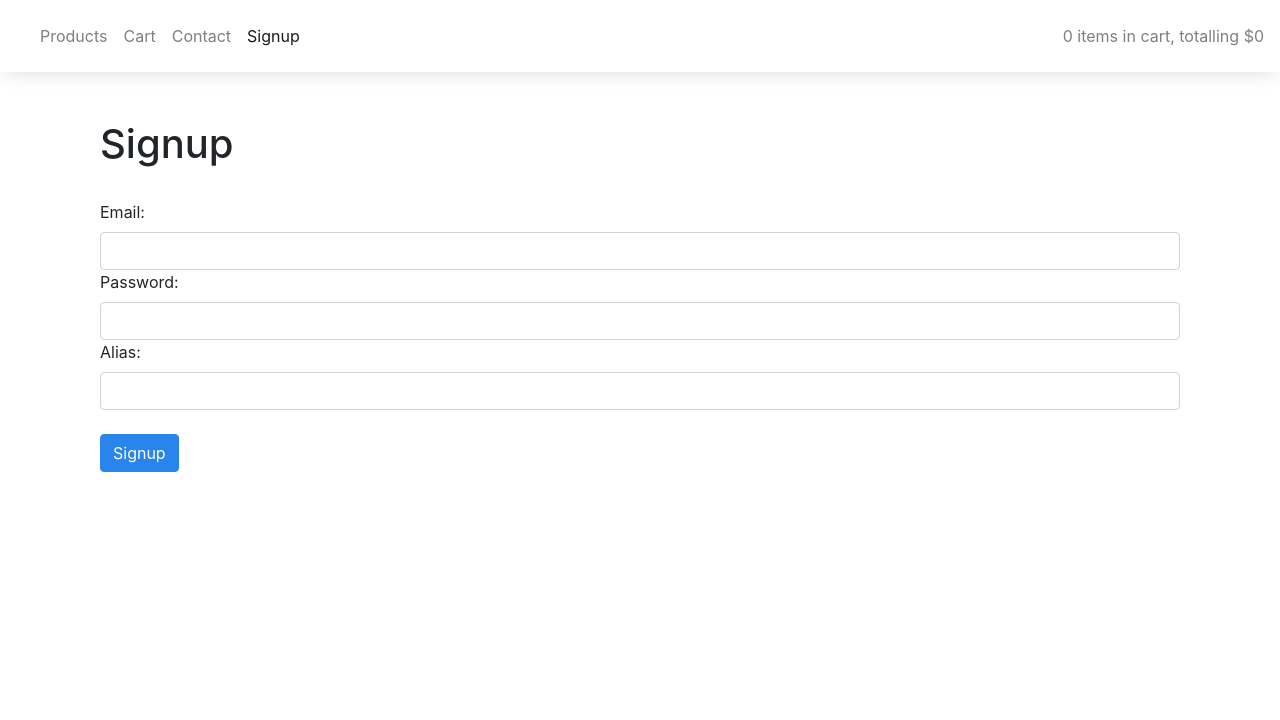
Repository: dayrim/wavecraft
Page: /signup
These files come from the project's save history. The page is drawn as it stood at one moment and after the next save; the edit follows.
The browser window is 1280 px wide. The pictures show the whole page.
Pictures or frames that could not be fetched are drawn as grey boxes. The project was rebuilt for these pictures with package versions that can differ from the ones it lists, and the page was loaded fresh each time. Also part of the build but not shown: vue.config.js.

Above is the page before, as saved 2019-04-22 16:06:17.

### public/index.html
<!DOCTYPE html>
<html lang="en">
  <head>
    <meta charset="utf-8">
    <meta http-equiv="X-UA-Compatible" content="IE=edge">
    <meta name="viewport" content="width=device-width,initial-scale=1.0">
    <link rel="icon" href="<%= BASE_URL %>favicon.ico">
    <title>wavecraft-reset</title>
  </head>
  <body>
    <noscript>
      <strong>We're sorry but wavecraft-reset doesn't work properly without JavaScript enabled. Please enable it to continue.</strong>
    </noscript>
    <div id="app"></div>
    <!-- built files will be auto injected -->


  </body>
</html>

### src/main.js
import Vue from "vue";
import App from "./App.vue";
import router from "./router";
import store from "./store";
import BootstrapVue from "bootstrap-vue";

Vue.config.productionTip = false;
Vue.use(BootstrapVue);
Vue.filter("currency", function(value) {
  let formatter = new Intl.NumberFormat("en-US", {
    style: "currency",
    currency: "USD",
    minimumFractionDigits: 0,
  });

  return formatter.format(value);
});

new Vue({
  router,
  store,
  render: h => h(App),
}).$mount("#app");

### src/App.vue
<template>
  <div id="app" :class="{ ready: isPageReady }">
    <b-navbar class="mainNavbar" sticky toggleable="lg" variant="light">
      <b-navbar-brand to="/"></b-navbar-brand>

      <b-navbar-toggle target="nav-collapse"></b-navbar-toggle>

      <b-collapse id="nav-collapse" is-nav>
        <b-navbar-nav>
          <b-nav-item exact active-class="active" to="/">Products</b-nav-item>
          <b-nav-item exact active-class="active" to="/cart">Cart</b-nav-item>
          <b-nav-item exact active-class="active" to="/contact">Contact</b-nav-item>
          <b-nav-item exact active-class="active" to="/signup">Signup</b-nav-item>
        </b-navbar-nav>

        <!-- Right aligned nav items -->
        <b-navbar-nav class="ml-auto">
          <b-nav-text>
            <div class="navbar-text">
              {{ cart.items.length }}
              <span v-if="cart.items.length == 1">item</span><span v-else>items</span> in cart,
              totalling {{ cartTotal | currency }}
            </div></b-nav-text
          >
        </b-navbar-nav>
      </b-collapse>
    </b-navbar>
    <transition name="route" mode="out-in">
      <router-view name="discount"> </router-view>
    </transition>
    <b-container>
      <b-row>
        <b-col>
          <br /><br />
          <transition name="route" mode="out-in">
            <router-view></router-view>
          </transition>
        </b-col>
      </b-row>
    </b-container>
  </div>
</template>

<script>
export default {
  data() {
    return {
      isPageReady: false,
    };
  },
  computed: {
    cart() {
      return this.$store.state.cart;
    },
    cartTotal() {
      return this.$store.getters["cart/cartTotal"];
    },
  },
  mounted: function() {
    this.$nextTick(function() {
      setTimeout(() => {
        this.isPageReady = true;
      }, 0);
    });
  },
};
</script>

<style lang="scss">
.mainNavbar {
  box-shadow: 0px 5px 20px -5px rgba(0, 0, 0, 0.15);
}
.flex {
  display: flex;
}
.flex.flex-column {
  flex-direction: column;
}
.flex.flex-row {
  flex-direction: row;
}
.flex.justify-center {
  justify-content: center;
}
.flex.justify-left {
  justify-content: flex-start;
}
.flex.justify-right {
  justify-content: flex-end;
}
.flex.align-center {
  align-items: center;
}
.flex.align-left {
  align-items: flex-start;
}
.flex.align-right {
  align-items: flex-end;
}
/* Navigation */
.navbar .stats {
  margin-top: 15px;
}
ul {
  list-style: none;
}
.btn {
  margin-right: 20px;
}
input[type="radio"] + label,
input[type="checkbox"] + label {
  font-weight: normal;
}

#app {
  opacity: 0;
  transition: opacity 1s ease;
}

#app.ready {
  opacity: 1;
}

.route-enter-active,
.route-leave-active {
  transition: opacity 0.15s ease;
}

.route-enter,
.route-leave-to {
  opacity: 0;
}
</style>

### src/router/index.js
import Vue from "vue";
import Router from "vue-router";
import routes from "./routes";
Vue.use(Router);

export default new Router({
  mode: "history",
  base: process.env.BASE_URL,
  routes,
});

### src/store/index.js
import Vue from "vue";
import Vuex from "vuex";
import cart from "./modules/cart";

Vue.use(Vuex);

export default new Vuex.Store({
  /**
   * Assign the modules to the store.
   */
  modules: {
    cart,
  },
});

### src/assets/common.scss
@import "node_modules/bootstrap/scss/functions";
@import "node_modules/bootstrap/scss/variables";

$primary-color: #2984ec;
$secondary-color: #601cb9;
$tertiary-color: #222d30;
$default-color: #e9e9e9;
$light-color: #ffffff;
$accent-color: #f0081b;
$warning-color: #f09308;



$red: #dc3545;
$yellow: #ffc107;
$green: #006600; // This is the only variable I wanted to change
$cyan: #17a2b8;

$theme-colors: (
  primary: $primary-color,
  secondary: $tertiary-color,
  success: $secondary-color,
  info: $primary-color,
  warning: $warning-color,
  danger: $accent-color,
  light: $light-color,
  dark: $tertiary-color
);

@import 'node_modules/bootstrap/scss/bootstrap';
@import 'node_modules/bootstrap-vue/src/index.scss';

### src/router/routes.js
const routes = [
  {
    path: "",
    components: {
      default: () => import(/* webpackChunkName: "ProductList" */ "@/components/ProductList.vue"),
      discount: () =>
        import(/* webpackChunkName: "SpecialOffer" */ "@/components/SpecialOffer.vue"),
    },
  },
  {
    path: "/cart",
    component: () => import(/* webpackChunkName: "Cart" */ "@/components/Cart.vue"),
    alias: "/shopping-cart",
  },
  {
    path: "/signup",
    component: () => import(/* webpackChunkName: "Singup" */ "@/components/Signup.vue"),
    alias: "/sign-up",
  },
  {
    path: "/product/:productId",
    props: true,
    name: "Product",
    component: () => import(/* webpackChunkName: "Product" */ "@/components/Product.vue"),
    children: [
      {
        path: "details",
        name: "ViewProduct",
        props: true,
        component: () =>
          import(/* webpackChunkName: "ViewProduct" */ "@/components/ViewProduct.vue"),
      },
      {
        path: "reviews",
        name: "ProductReviews",
        props: true,
        component: () =>
          import(/* webpackChunkName: "ProductReviews" */ "@/components/ProductReviews.vue"),
      },
    ],
  },

  {
    path: "/contact",
    component: () => import(/* webpackChunkName: "Contact" */ "@/components/Contact.vue"),
  },
  {
    path: "/*",
    component: () => import(/* webpackChunkName: "PageNotFound" */ "@/components/PageNotFound.vue"),
  },
];

export default routes;

### src/store/modules/cart/index.js
import actions from "./actions";
import getters from "./getters";
import mutations from "./mutations";
import state from "./state";

export default {
  namespaced: true,
  actions,
  getters,
  mutations,
  state,
};

### src/components/Signup.vue
<template>
  <b-container fluid>
    <h1>Signup</h1>
    <br />

    <label for="email">Email:</label>
    <b-form-input id="email" type="text"></b-form-input>
    <label for="password">Password:</label>
    <b-form-input id="password" type="text"></b-form-input>
    <label for="alias">Alias:</label>
    <b-form-input id="alias" type="text"></b-form-input>
    <br />
    <b-button variant="primary">Signup</b-button>
  </b-container>
</template>

<script>
export default {
  data() {
    return {};
  },
};
</script>

<style lang="scss"></style>

### src/store/modules/cart/actions.js
import * as Mutate from "./mutation-types";

export const addProductToCart = ({ commit, getters }, payload) => {
  let cartItem = getters.getCartItem(payload.product);
  payload.cartItem = cartItem;

  if (cartItem == null) {
    payload.cartItem = getters.getCartItem(payload.product);
    commit(Mutate.ADD_PRODUCT_TO_CART, payload);
  } else {
    commit(Mutate.INCREASE_PRODUCT_QUANTITY, payload);
  }
};

export const checkout = ({ commit }) => {
  commit(Mutate.CHECKOUT);
};

export default {
  addProductToCart,
  checkout,
};

### src/store/modules/cart/getters.js
export default {
  cartTotal: state => {
    let total = 0;

    state.items.forEach(function(item) {
      total += item.product.price * item.quantity;
    });
    return total;
  },
  getCartItem: state => product => {
    for (let i = 0; i < state.items.length; i++) {
      if (state.items[i].product.id === product.id) {
        return state.items[i];
      }
    }
    return null;
  },
  taxAmount: (state, getters) => percentage => (getters.cartTotal * percentage) / 100,
};

### src/store/modules/cart/mutations.js
import { CHECKOUT, ADD_PRODUCT_TO_CART, INCREASE_PRODUCT_QUANTITY } from "./mutation-types";

export default {
  [CHECKOUT](state) {
    state.items.forEach(function(item) {
      item.product.inStock += item.quantity;
    });

    state.items = [];
  },
  [ADD_PRODUCT_TO_CART]: (state, payload) => {
    state.items.push({
      product: payload.product,
      quantity: payload.quantity,
    });

    payload.product.inStock -= payload.quantity;
  },
  [INCREASE_PRODUCT_QUANTITY]: (state, payload) => {
    payload.cartItem.quantity += payload.quantity;
    payload.product.inStock -= payload.quantity;
  },
};

### src/store/modules/cart/state.js
export default {
  items: [],
};

### src/store/modules/cart/mutation-types.js
export const ADD_PRODUCT_TO_CART = "addProductToCart";
export const CHECKOUT = "checkout";
export const INCREASE_PRODUCT_QUANTITY = "increaseQuantity";

export default {
  ADD_PRODUCT_TO_CART,
  CHECKOUT,
  INCREASE_PRODUCT_QUANTITY,
};

After the next save:
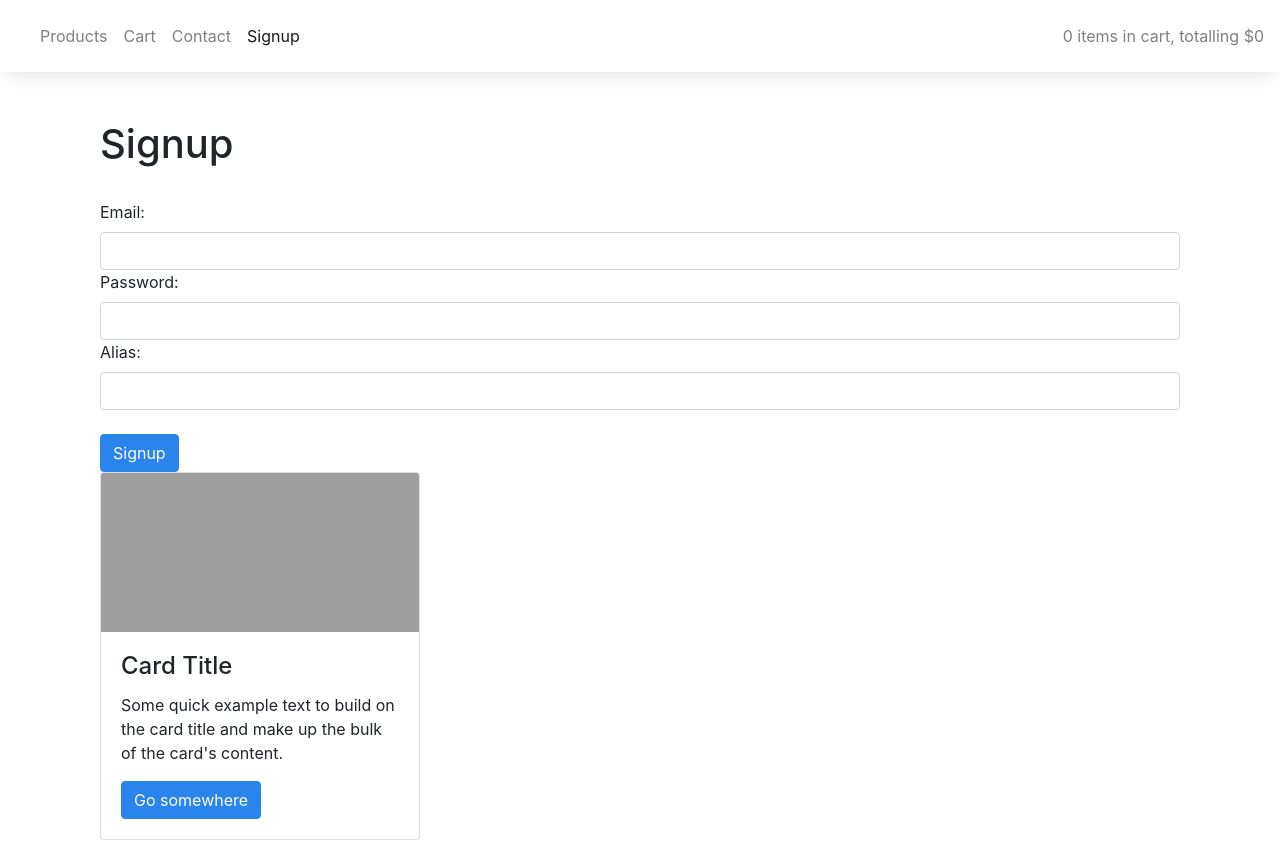
Saved 22 s later.
--- a/src/components/Signup.vue
+++ b/src/components/Signup.vue
@@ -11,6 +11,23 @@
     <b-form-input id="alias" type="text"></b-form-input>
     <br />
     <b-button variant="primary">Signup</b-button>
+
+    <b-card
+      title="Card Title"
+      img-src="https://picsum.photos/600/300/?image=25"
+      img-alt="Image"
+      img-top
+      tag="article"
+      style="max-width: 20rem;"
+      class="mb-2"
+    >
+      <b-card-text>
+        Some quick example text to build on the card title and make up the bulk of the card's
+        content.
+      </b-card-text>
+
+      <b-button href="#" variant="primary">Go somewhere</b-button>
+    </b-card>
   </b-container>
 </template>
 
